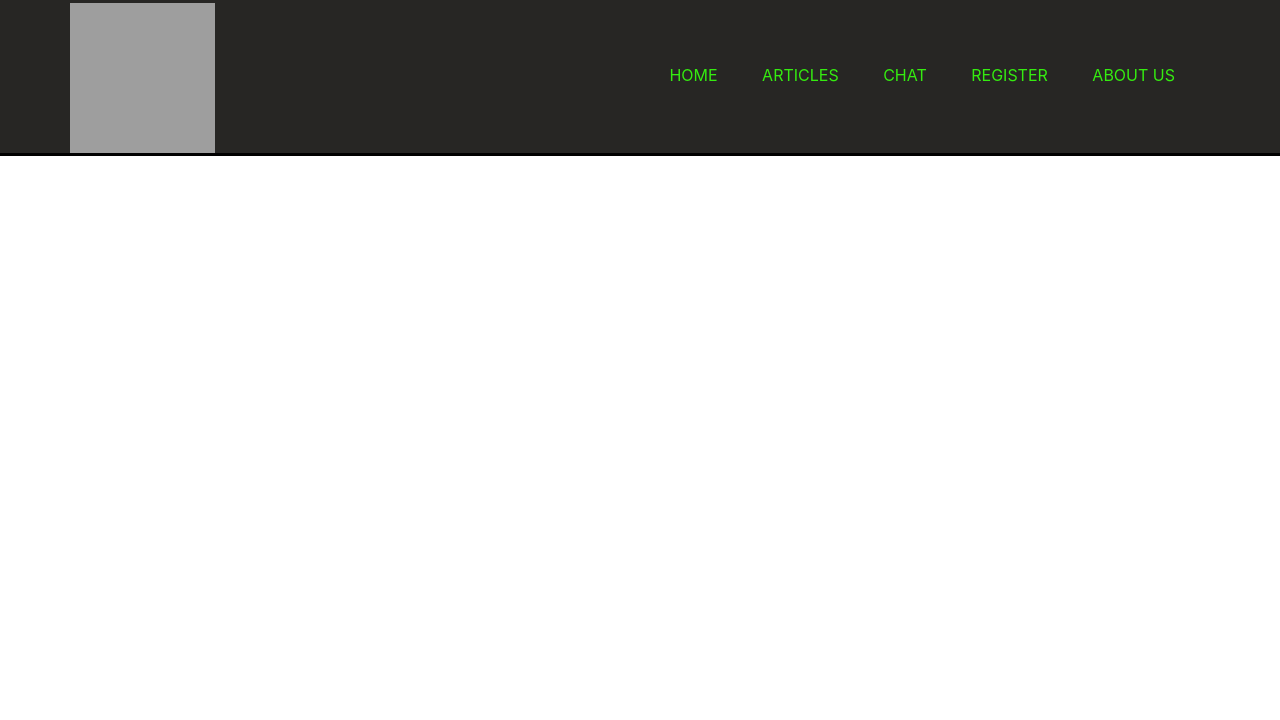
Repository: elvitasaukitena/Web
Page: register/register.html
These files come from the project's save history. The page is drawn as it stood at one moment and after the next save; the edit follows.
The browser window is 1280 px wide. The pictures show the whole page.
Pictures or frames that could not be fetched are drawn as grey boxes.

Above is the page before, as saved 2018-08-08 14:46:20.

After the next save:
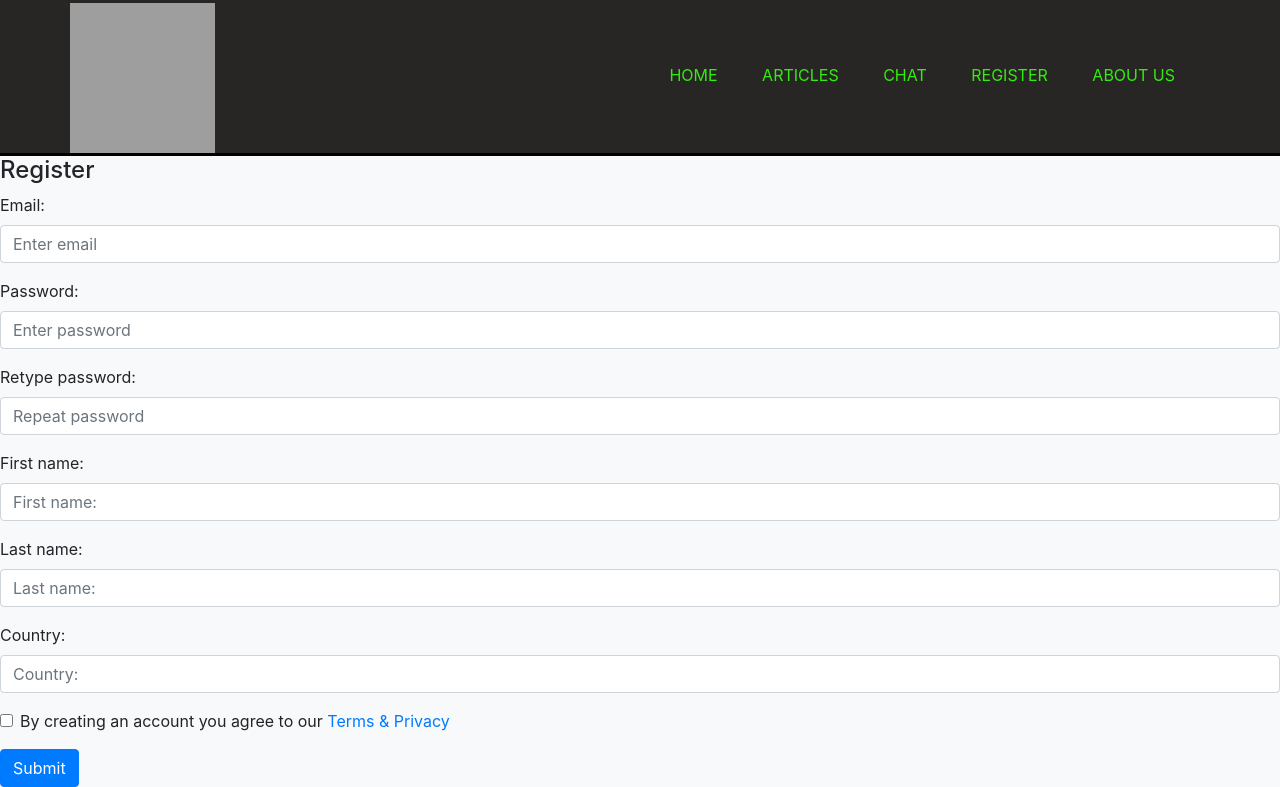
Saved 3 min 9 s later.
--- a/register/register.html
+++ b/register/register.html
@@ -46,6 +46,52 @@
             </div>
 
     </header>
+
+    <div class="bg-light">
+
+            <form class="needs-validation" id="signup_form" action="../src/index.html" target="_blank" method="POST" novalidate>
+                <h4 id="reg_title">Register</h4>
+                <div class="form-group">
+                    <label for="email">Email:</label>
+                    <input type="email" class="form-control" id="email" placeholder="Enter email" name="email" required>
+                </div>
+                <div class="form-group">
+                    <label for="pwd">Password:</label>
+                    <input type="password" class="form-control" id="password" placeholder="Enter password" name="password" required>
+                </div>
+                <div class="form-group">
+                    <label for="pwd">Retype password:</label>
+                    <input type="password" class="form-control" id="confirmpassword" placeholder="Repeat password" name="confirmpassword" required>
+                </div>
+                <div class="form-group">
+                    <label for="pwd">First name:</label>
+                    <input type="text" class="form-control" id="firstN" placeholder="First name:" name="firstN" required>
+                </div>
+                <div class="form-group">
+                    <label for="pwd">Last name:</label>
+                    <input type="text" class="form-control" id="lastN" placeholder="Last name:" name="lastN" required>
+                </div>
+                <div class="form-group">
+                    <label for="pwd">Country:</label>
+                    <input type="text" class="form-control" id="country" placeholder="Country:" name="country" required>
+                </div>
+
+                <div class="form-group">
+                    <div class="form-check">
+                        <input class="form-check-input" type="checkbox" id="checkbox1" name="checkbox" required>
+                        <label class="form-check-label" for="checkbox1">By creating an account you agree to our
+                            <a href="#">Terms &#38; Privacy</a>
+                        </label>
+
+                    </div>
+                </div>
+
+                <button type="submit" class="btn btn-primary" value="Submit" onClick="validatePassword();">Submit</button>
+
+            </form>
+
+        </div>
+
 </body>
 
 </html>
